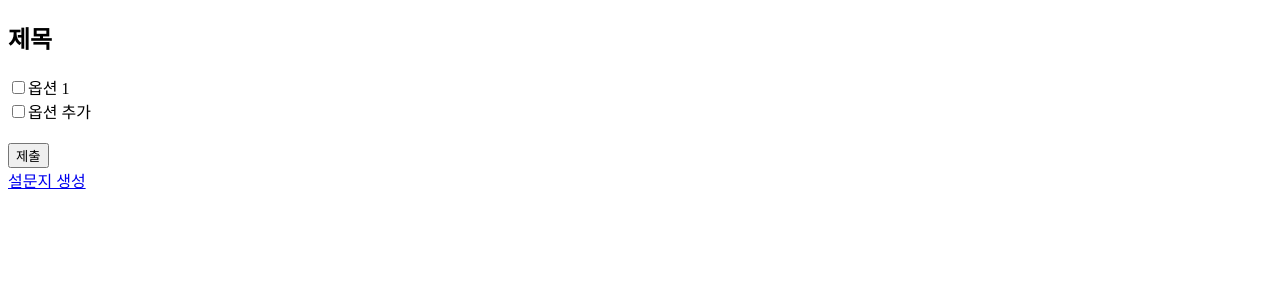
Repository: binigy97/VoteStie
Page: voteWeb/src/main/resources/static/vote.html
These files come from the project's save history. The page is drawn as it stood at one moment and after the next save; the edit follows.
The browser window is 1280 px wide. The pictures show the whole page.

Above is the page before, as saved 2022-02-26 13:34:21.

After the next save:
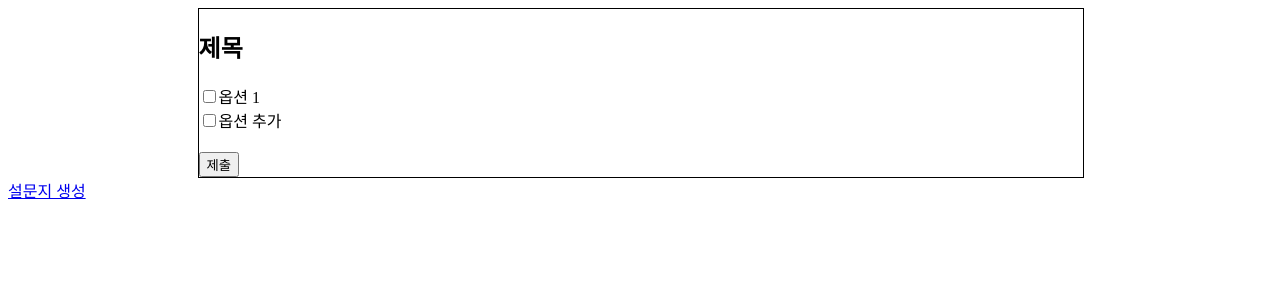
Saved 41 s later.
--- a/voteWeb/src/main/resources/static/vote.html
+++ b/voteWeb/src/main/resources/static/vote.html
@@ -38,14 +38,18 @@ div > label:last-child {
 </style>
 <body>
 <!-- 투표 -->
-<form>
-	<h2>제목</h2>
-	<div>
-		<label><input type="checkbox" name="op1" value="옵션 1">옵션 1</label>
-		<label><input type="checkbox" name="add_btn" value="옵션 추가">옵션 추가</label>
-	</div>
-	<button>제출</button>
-</form>
+<section>
+	<article>
+		<form>
+			<h2>제목</h2>
+			<div>
+				<label><input type="checkbox" name="op1" value="옵션 1">옵션 1</label>
+				<label><input type="checkbox" name="add_btn" value="옵션 추가">옵션 추가</label>
+			</div>
+			<button>제출</button>
+		</form>
+	</article>
+</section>
 
 <!-- 푸터 -->
 <footer>
